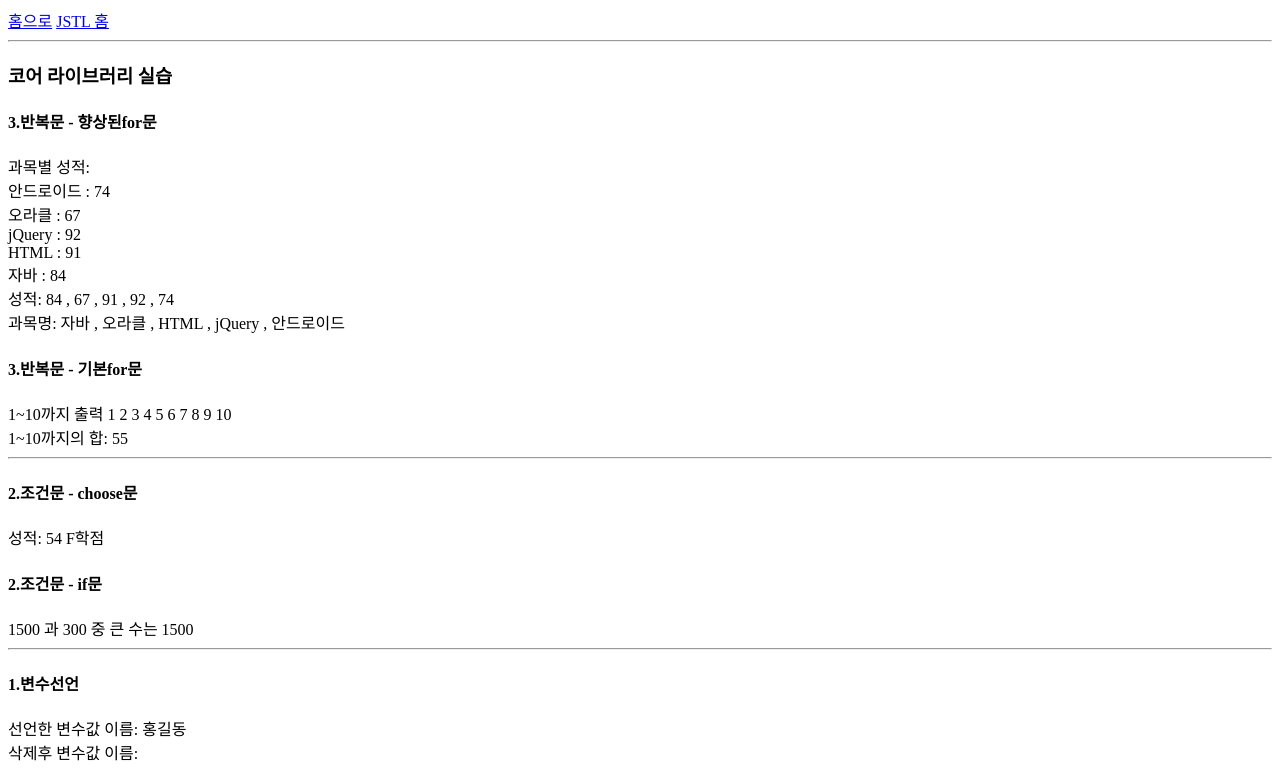
Repository: linklifejo/study_web
Page: http://localhost/servlet02/jstl/core.jsp
These files come from the project's save history. The page is drawn as it stood at one moment and after the next save; the edit follows.
The browser window is 1280 px wide. The pictures show the whole page.
The page is served by Tomcat 9. Other server files are loaded and not shown.

Above is the page before, as saved 2023-02-08 01:07:22.

### servlet02/src/main/webapp/jstl/core.jsp
<%@ page language="java" contentType="text/html; charset=UTF-8"
    pageEncoding="UTF-8" import='java.util.*'%>
<%@ taglib uri="http://java.sun.com/jsp/jstl/core" prefix="c" %>
<!DOCTYPE html>
<html>
<head>
<meta charset="UTF-8">
<title>Insert title here</title>
</head>
<body>
<a href='../'>홈으로</a>
<a href='index.jsp'>JSTL 홈</a>
<hr>
<h3>코어 라이브러리 실습</h3>
<h4>3.반복문 - 향상된for문</h4>
<%
String values = "자바,오라클|HTML?변수";
StringTokenizer token = new StringTokenizer("?,|");
while( token.hasMoreTokens() ){
	String val = token.nextToken();
}
request.setAttribute("values", values);

String subjects[] = { "자바", "오라클", "HTML", "jQuery", "안드로이드" };
request.setAttribute("subjects", subjects);

ArrayList<Integer> scores = new ArrayList<Integer>();
scores.add(84);
scores.add(67);
scores.add(91);
scores.add(92);
scores.add(74);
request.setAttribute("scores", scores);

HashMap<String, Integer> map = new HashMap<String, Integer>();
map.put("자바", 84);
map.put("오라클", 67);
map.put("HTML", 91);
map.put("jQuery", 92);
map.put("안드로이드", 74);
request.setAttribute("subject_score", map);
%>
<div>과목별 성적:
	<c:forEach items='${subject_score}' var='subject'>
	<div>${subject.key} : ${subject.value}</div>
	</c:forEach>
</div>
<div>성적:
	<c:forEach items="${scores}" var='s' varStatus="state">
		${s} ${state.last ? '' : ',' }
	</c:forEach>
</div>
<div>과목명:
	<c:forEach items='${subjects}' var='s' varStatus='state'>
		${state.index eq 0 ? '' : ','} ${s}
<%-- 		${!state.first ? ',' : ''} ${s} --%>
	</c:forEach>
</div>
<h4>3.반복문 - 기본for문</h4>
<div>1~10까지 출력

<c:forEach var="no" begin="1" end="10">
	${no}
	<c:set var='sum' value='${sum+no }'/>
</c:forEach>
</div>
<div>1~10까지의 합: ${sum}</div>

<hr>
<h4>2.조건문 - choose문</h4>
<c:set var='score' value='54'/>
<c:choose>
	<c:when test='${score-90 >= 0}'><c:set var='grade' value='A'/></c:when>
	<c:when test='${score-80 >= 0}'><c:set var='grade' value='B'/></c:when>
	<c:when test='${score-70 >= 0}'><c:set var='grade' value='C'/></c:when>
	<c:when test='${score-60 >= 0}'><c:set var='grade' value='D'/></c:when>
	<c:otherwise><c:set var='grade' value='F'/></c:otherwise>
</c:choose>
<div>성적: ${score} ${grade}학점</div>
<h4>2.조건문 - if문</h4>
<c:set var='no1' value='1500'/>
<c:set var='no2' value='300'/>
<div>
${no1} 과 ${no2} 중 큰 수는
	<c:if test='${no1 gt (no2-0)}'>
	${no1}
	</c:if>
	<c:if test='${(no1-0) lt no2}'>
	${no2}
	</c:if>
</div>
<hr>
<h4>1.변수선언</h4>
<c:set var="name" value="홍길동"/>
<div>선언한 변수값 이름: ${name}</div>
<c:remove var="name" />
<div>삭제후 변수값 이름: ${name}</div>
</body>
</html>

After the next save:
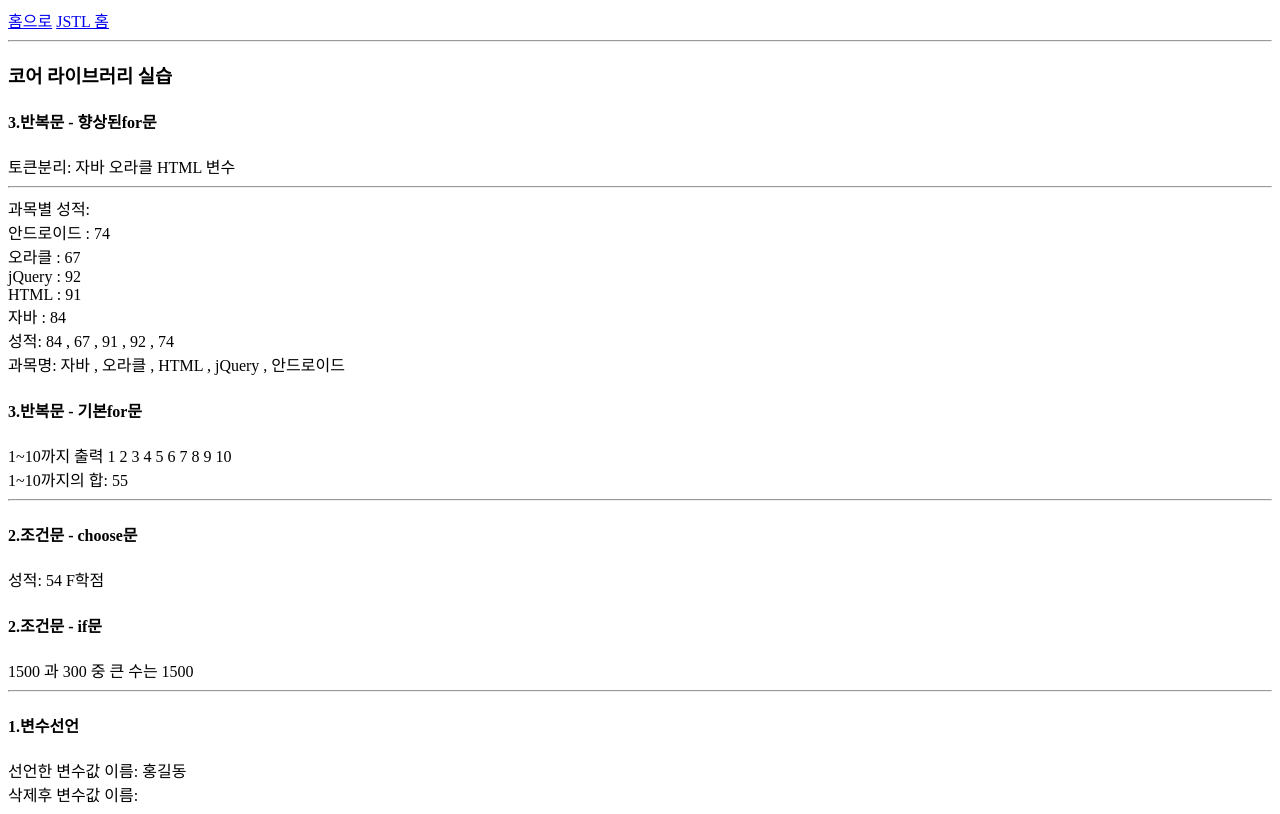
Saved 78 s later.
--- a/servlet02/src/main/webapp/jstl/core.jsp
+++ b/servlet02/src/main/webapp/jstl/core.jsp
@@ -40,6 +40,12 @@ map.put("jQuery", 92);
 map.put("안드로이드", 74);
 request.setAttribute("subject_score", map);
 %>
+<div>토큰분리:
+<c:forTokens items="${values}" delims="?,|" var="val">
+	${val}
+</c:forTokens>
+</div>
+<hr>
 <div>과목별 성적:
 	<c:forEach items='${subject_score}' var='subject'>
 	<div>${subject.key} : ${subject.value}</div>
